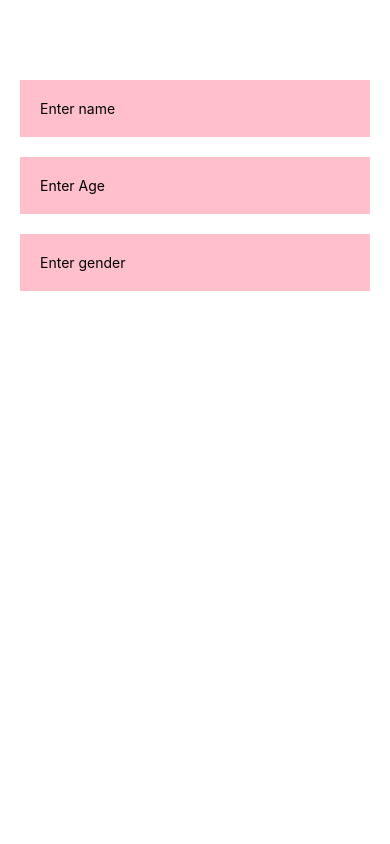
Repository: akinmiday/ReactNativeApp
Screen: /
The author's editor kept a copy of each file at every save. The screen is drawn from the files as they stood at one save, then again after a run of saves.
The app was drawn by React Native's web renderer in a window 390 px wide. The project was rebuilt for these pictures with package versions that can differ from the ones it lists, and the page was loaded fresh each time.

Above is the screen before, as saved 2023-08-03 17:37:33.

After the next 3 saves:
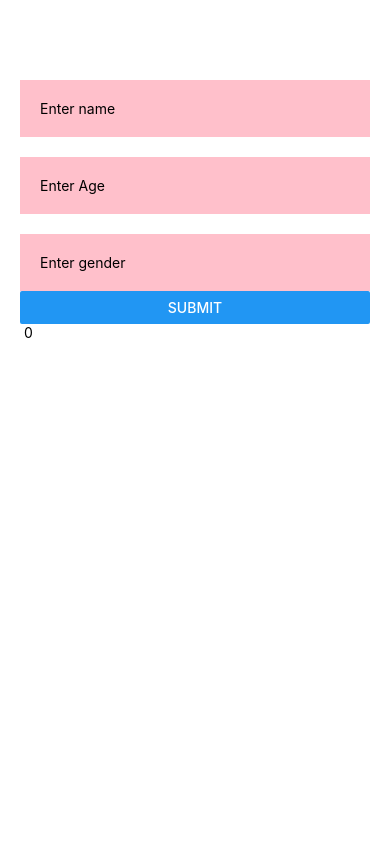
The 3 saves are shown as one change because 2 did not build or start.
The last was saved 2 min 56 s later.
--- a/App.js
+++ b/App.js
@@ -1,5 +1,5 @@
 import { useState } from "react";
-import { View, Text, TextInput } from "react-native";
+import { View, Text, TextInput, Button } from "react-native";
 import styles from "./styles";
 
 export default function App() {
@@ -27,6 +27,12 @@ export default function App() {
         placeholder="Enter gender"
         style={input}
       />
+
+      <Button title="submit" />
+
+      <Text>
+        {name} {age} {gender}
+      </Text>
     </View>
   );
 }
